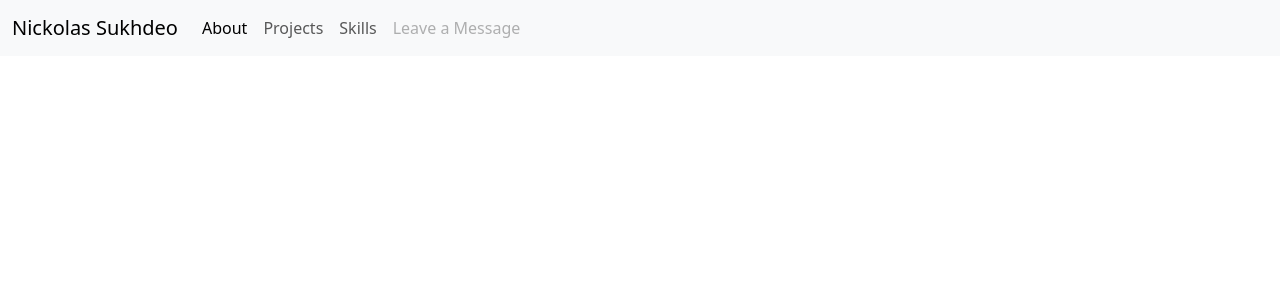
Repository: nlsukhde/porfolio
Page: index.html
An editor plug-in stored every save of this project. The page is shown before and after the next save, followed by the edit.
The browser window is 1280 px wide. The pictures show the whole page.

Above is the page before, as saved 2025-06-19 16:51:25.

### index.html
<!DOCTYPE html>
<html lang="en">
<head>
    <link rel="preconnect" href="https://fonts.googleapis.com">
<link rel="preconnect" href="https://fonts.gstatic.com" crossorigin>
<link href="https://fonts.googleapis.com/css2?family=Raleway:ital,wght@0,100..900;1,100..900&family=Roboto+Condensed:ital,wght@0,100..900;1,100..900&display=swap" rel="stylesheet">
    <meta charset="UTF-8">
    <meta name="viewport" content="width=device-width, initial-scale=1.0">
    <link rel="stylesheet" href="app.css">
    <link href="https://cdn.jsdelivr.net/npm/bootstrap@5.3.7/dist/css/bootstrap.min.css" rel="stylesheet" integrity="sha384-LN+7fdVzj6u52u30Kp6M/trliBMCMKTyK833zpbD+pXdCLuTusPj697FH4R/5mcr" crossorigin="anonymous">
  </head>
    <title>Nickolas Sukhdeo Porfolio</title>
</head>
<body>
    <script src="https://cdn.jsdelivr.net/npm/bootstrap@5.3.7/dist/js/bootstrap.bundle.min.js" integrity="sha384-ndDqU0Gzau9qJ1lfW4pNLlhNTkCfHzAVBReH9diLvGRem5+R9g2FzA8ZGN954O5Q" crossorigin="anonymous"></script>

    <nav class="navbar navbar-expand-lg bg-body-tertiary">
  <div class="container-fluid">
    <a class="navbar-brand" href="#">Nickolas Sukhdeo</a>
    <button class="navbar-toggler" type="button" data-bs-toggle="collapse" data-bs-target="#navbarNavAltMarkup" aria-controls="navbarNavAltMarkup" aria-expanded="false" aria-label="Toggle navigation">
      <span class="navbar-toggler-icon"></span>
    </button>
    <div class="collapse navbar-collapse" id="navbarNavAltMarkup">
      <div class="navbar-nav">
        <a class="nav-link active" aria-current="page" href="#">About</a>
        <a class="nav-link" href="#">Projects</a>
        <a class="nav-link" href="#">Skills</a>
        <a class="nav-link disabled">Leave a Message</a>
      </div>
    </div>
  </div>
</nav>
</body>
</html>

### app.css
* {
    margin: 0;
    padding: 0;
}


.section1 {
    background-color: #901E3E;

}

body{
    font-family: "Raleway", sans-serif;
  font-optical-sizing: auto;
  font-weight: 10;
  font-style: normal;
  color: black;
}

After the next save:
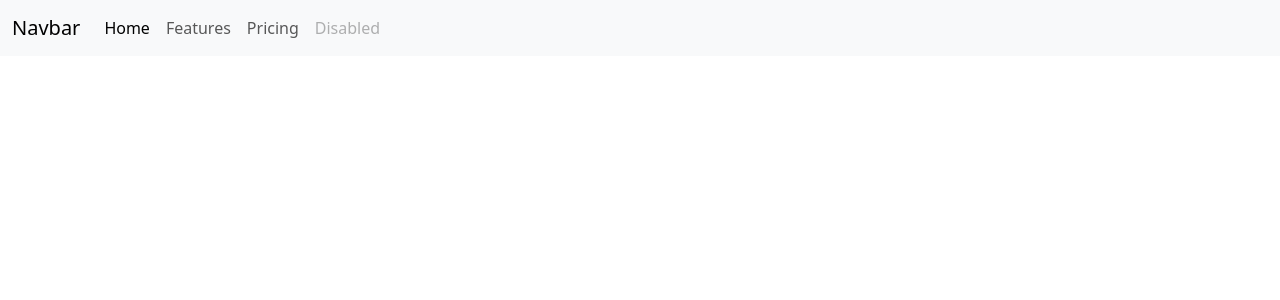
Saved 8 min 14 s later.
--- a/index.html
+++ b/index.html
@@ -16,17 +16,25 @@
 
     <nav class="navbar navbar-expand-lg bg-body-tertiary">
   <div class="container-fluid">
-    <a class="navbar-brand" href="#">Nickolas Sukhdeo</a>
-    <button class="navbar-toggler" type="button" data-bs-toggle="collapse" data-bs-target="#navbarNavAltMarkup" aria-controls="navbarNavAltMarkup" aria-expanded="false" aria-label="Toggle navigation">
+    <a class="navbar-brand" href="#">Navbar</a>
+    <button class="navbar-toggler" type="button" data-bs-toggle="collapse" data-bs-target="#navbarNav" aria-controls="navbarNav" aria-expanded="false" aria-label="Toggle navigation">
       <span class="navbar-toggler-icon"></span>
     </button>
-    <div class="collapse navbar-collapse" id="navbarNavAltMarkup">
-      <div class="navbar-nav">
-        <a class="nav-link active" aria-current="page" href="#">About</a>
-        <a class="nav-link" href="#">Projects</a>
-        <a class="nav-link" href="#">Skills</a>
-        <a class="nav-link disabled">Leave a Message</a>
-      </div>
+    <div class="collapse navbar-collapse" id="navbarNav">
+      <ul class="navbar-nav">
+        <li class="nav-item">
+          <a class="nav-link active" aria-current="page" href="#">Home</a>
+        </li>
+        <li class="nav-item">
+          <a class="nav-link" href="#">Features</a>
+        </li>
+        <li class="nav-item">
+          <a class="nav-link" href="#">Pricing</a>
+        </li>
+        <li class="nav-item">
+          <a class="nav-link disabled" aria-disabled="true">Disabled</a>
+        </li>
+      </ul>
     </div>
   </div>
 </nav>
